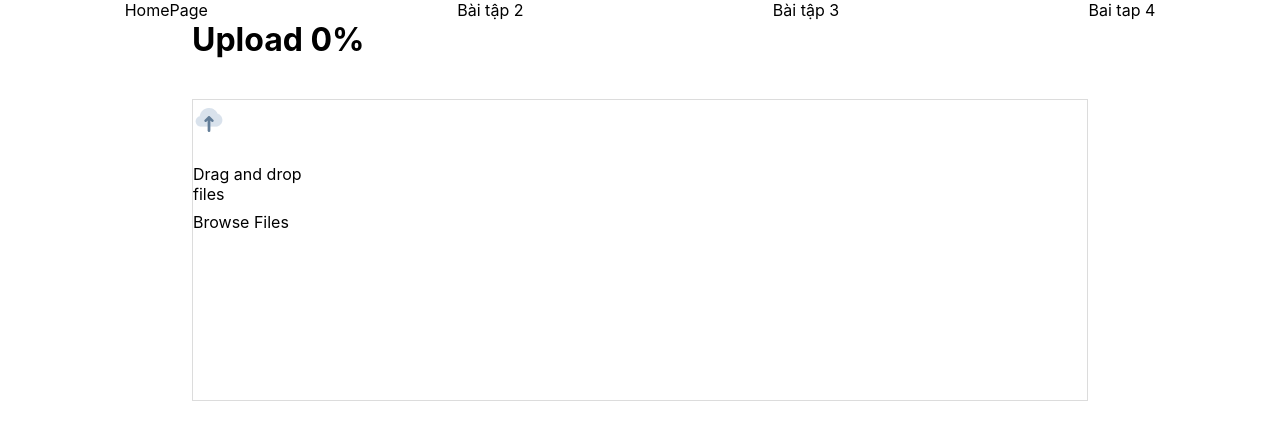
Repository: tungdau93/Training-ReactJS
Page: /bai-tap-3
These files come from the project's save history. The page is drawn as it stood at one moment and after the next save; the edit follows.
The browser window is 1280 px wide. The pictures show the whole page.
The project was rebuilt for these pictures with package versions that can differ from the ones it lists, and the page was loaded fresh each time. Also part of the build but not shown: src/App.css, src/hooks/useClickOutside.js, src/Assignments/BaiTap2.jsx, src/Assignments/HomePage.jsx.

Above is the page before, as saved 2022-10-03 10:45:03.

After the next save:
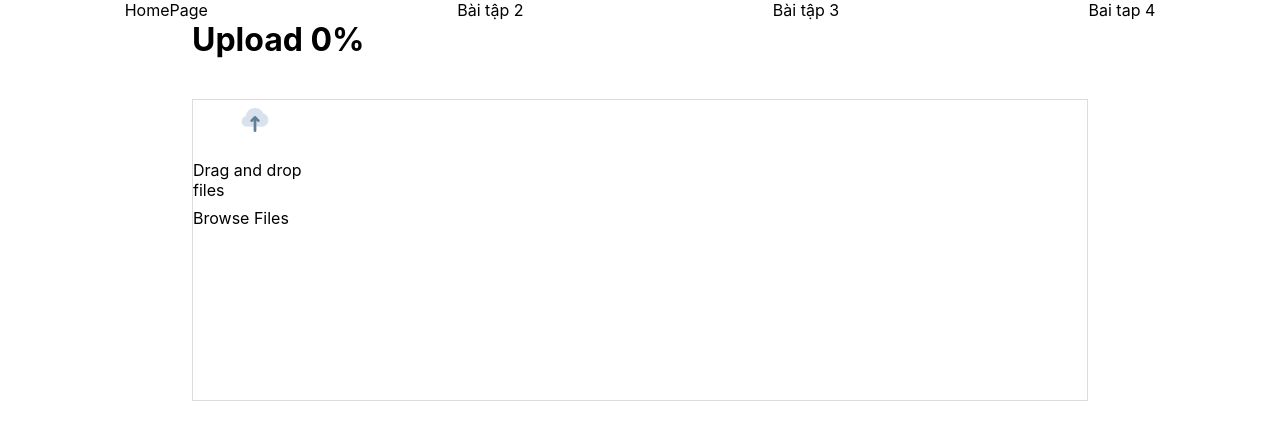
Saved 16 s later.
--- a/src/style/_bai-tap-3.scss
+++ b/src/style/_bai-tap-3.scss
@@ -258,6 +258,11 @@
       display: flex;
       flex-direction: column;
 
+      .image-drag-drop {
+        display: flex;
+        justify-content: center;
+      }
+
       img {
         margin-bottom: 16px;
       }
